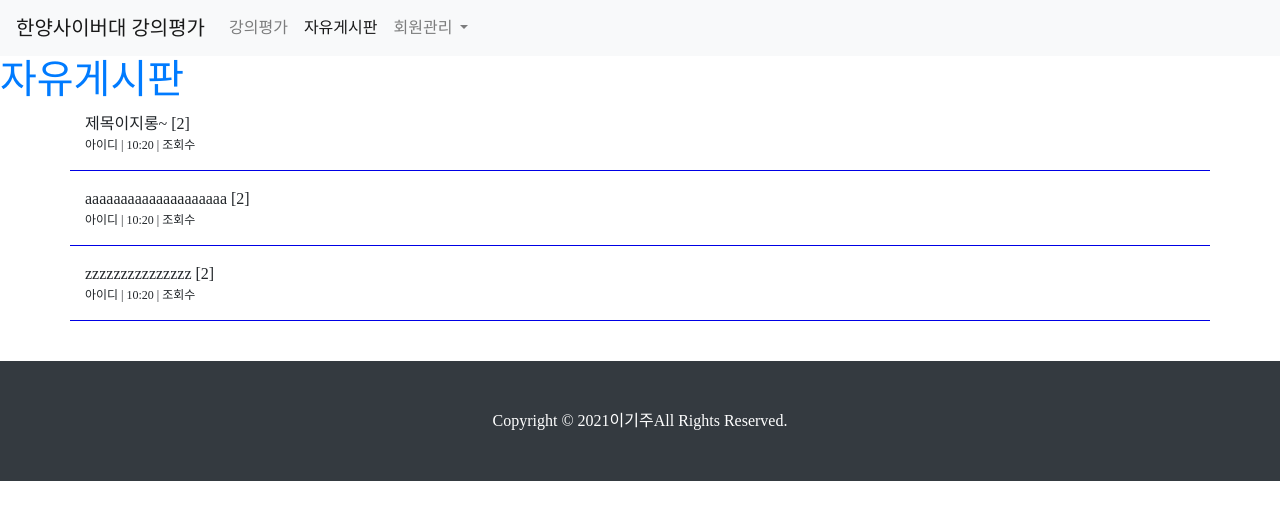
Repository: lkjjjang/hycu
Page: http://localhost/hycujjang/mobile.jsp
The author's editor kept a copy of each file at every save. The page is drawn from the files as they stood at one save, then again after the next save.
The browser window is 1280 px wide. The pictures show the whole page.
Some web fonts or font styles are not loaded; a fallback is used. The page is served by Tomcat 9. Nobody is signed in. The application's start-up code is not run.

Above is the page before, as saved 2022-01-02 09:17:54.

After the next save:
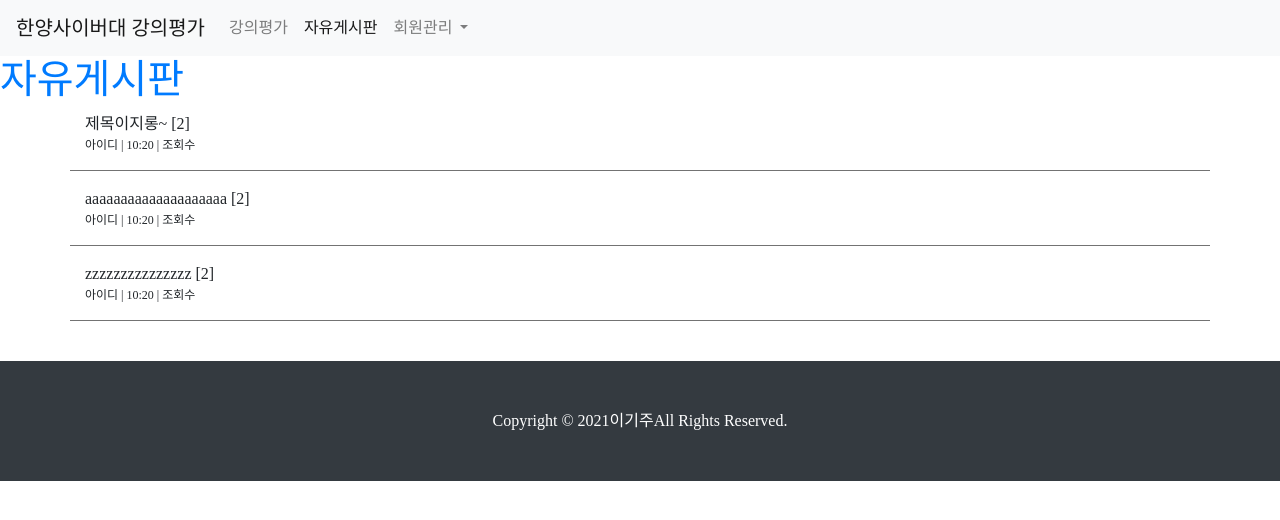
Saved 22 s later.
--- a/hycujjang/WebContent/mobile.jsp
+++ b/hycujjang/WebContent/mobile.jsp
@@ -61,7 +61,7 @@
 			<div class="col-12" style="font-size: 12px">
 				아이디 | 10:20 | 조회수
 			</div>
-			<hr width="100%" color="blue" size="1">
+			<hr width="100%" color="gray" size="1">
 		</div>
 		<div class="row">
 			<div class="col-12">
@@ -70,7 +70,7 @@
 			<div class="col-12" style="font-size: 12px">
 				아이디 | 10:20 | 조회수
 			</div>
-			<hr width="100%" color="blue" size="1">
+			<hr width="100%" color="gray" size="1">
 		</div>
 		<div class="row">
 			<div class="col-12">
@@ -79,7 +79,7 @@
 			<div class="col-12" style="font-size: 12px">
 				아이디 | 10:20 | 조회수
 			</div>
-			<hr width="100%" color="blue" size="1">
+			<hr width="100%" color="gray" size="1">
 		</div>
 	</div>
   		<!--
